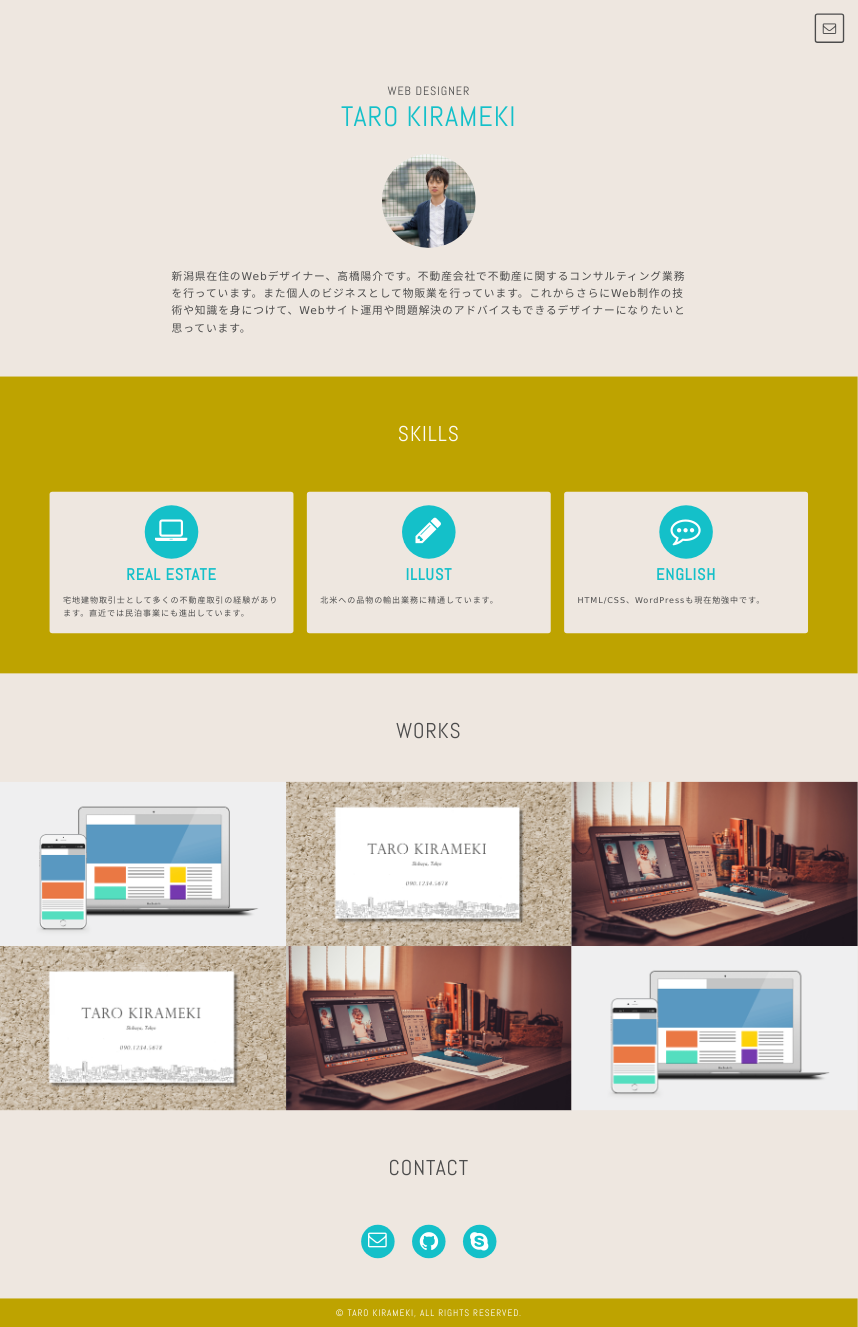
Repository: ysktkhs/responsive-site
Page: environment/portfolio/index.html
The author's editor kept a record of every edit. The page is drawn from the files as they stood at one moment, then again after the next edit.
The browser window is 1280 px wide. The pictures show the whole page, at 67% of full size.
Some web libraries are served in a nearby version.

Above is the page before.

After the next edit:
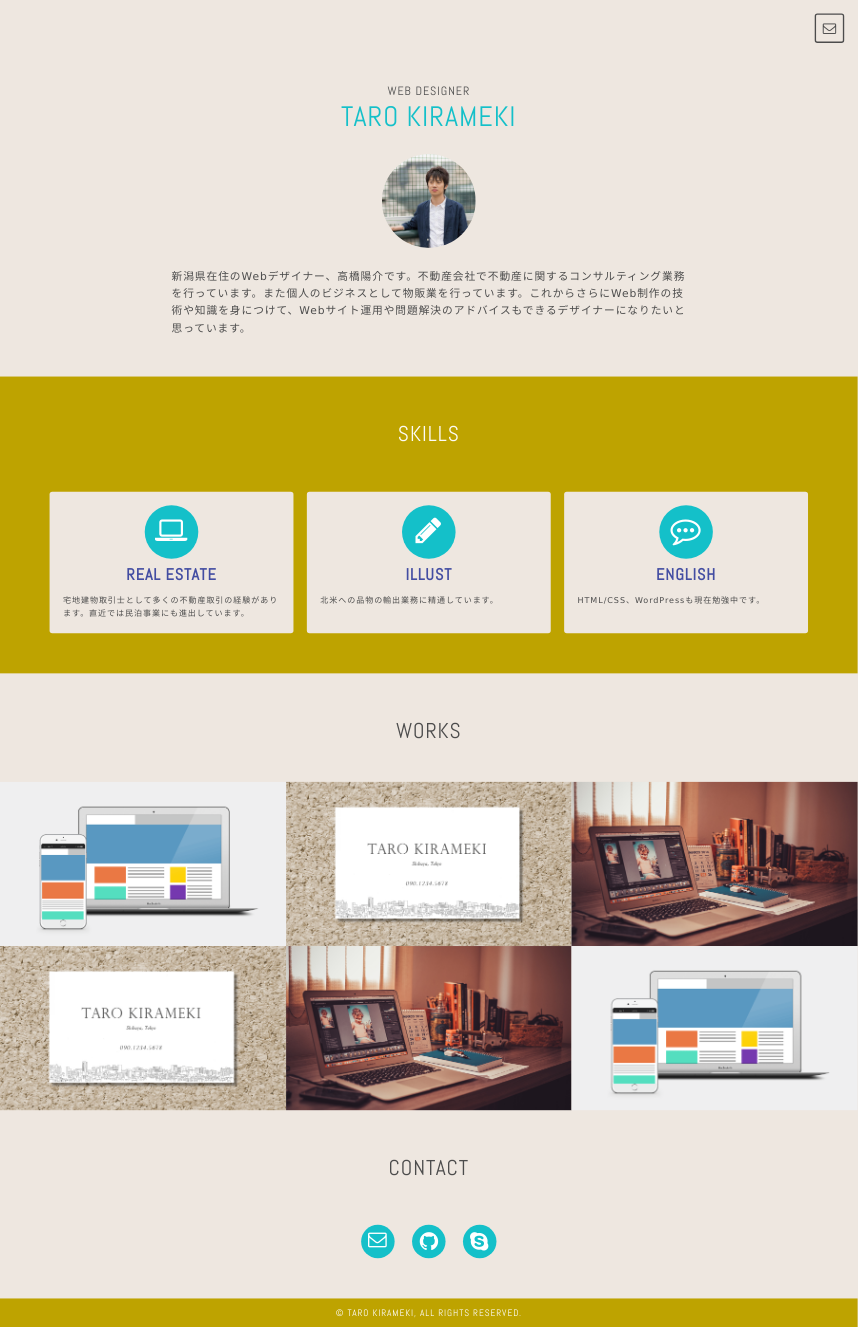
The edit:
--- a/environment/portfolio/css/style.css
+++ b/environment/portfolio/css/style.css
@@ -227,7 +227,7 @@
 
     margin-bottom: 10px;
 
-    color: #14c0c9;
+    color: #434da2;
 }
 .block-center,
 section .container,
